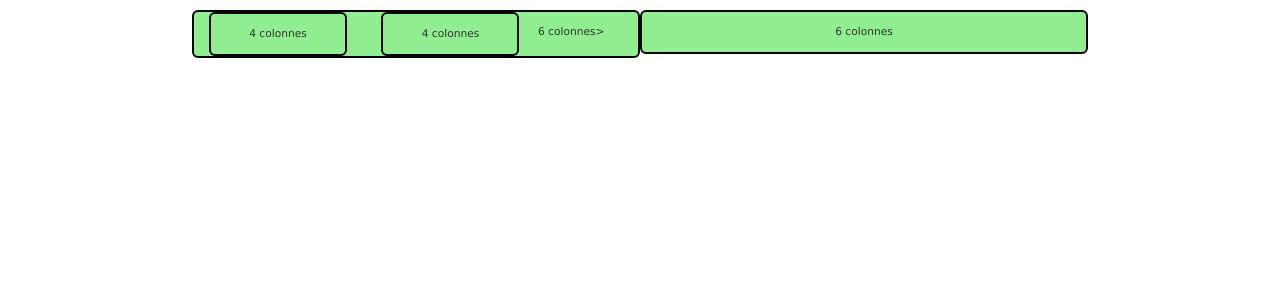
Repository: dridrii/COMPET-BLOC
Page: http://localhost/COMPET-BLOC/
An editor plug-in stored every save of this project. The page is shown before and after the next save, followed by the edit.
The browser window is 1280 px wide. The pictures show the whole page.
The page is served by Tomcat 9.

Above is the page before, as saved 2015-07-11 16:28:30.

After the next save:
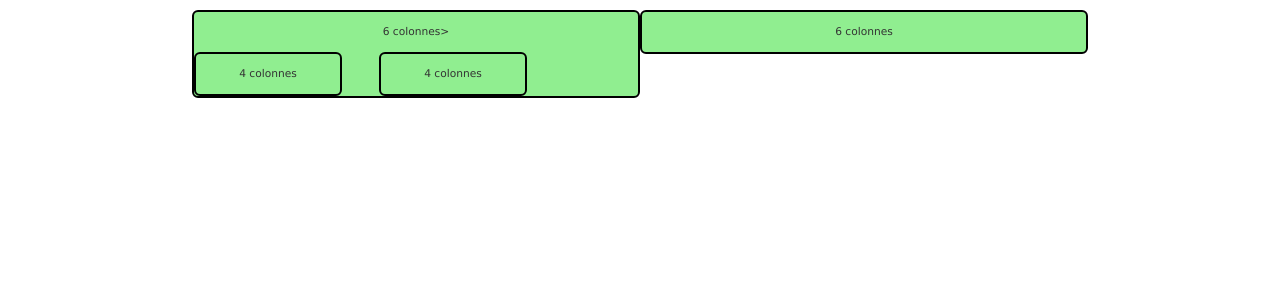
Saved 32 s later.
--- a/COMPET-BLOC/WebContent/index.jsp
+++ b/COMPET-BLOC/WebContent/index.jsp
@@ -8,8 +8,10 @@
     <div class="container">
  		 <div class="row">
    			 <div class="col-md-6"> 6 colonnes>
-    			<div class="col-md-4"> 4 colonnes</div>
-    			<div class="col-md-4 col-lg-offset-1"> 4 colonnes</div>
+   			 	<div class="row">
+	    			<div class="col-md-4"> 4 colonnes</div>
+	    			<div class="col-md-4 col-lg-offset-1"> 4 colonnes</div>
+	    		</div>
     		</div>
     		<div class="col-md-6"> 6 colonnes</div>
 
